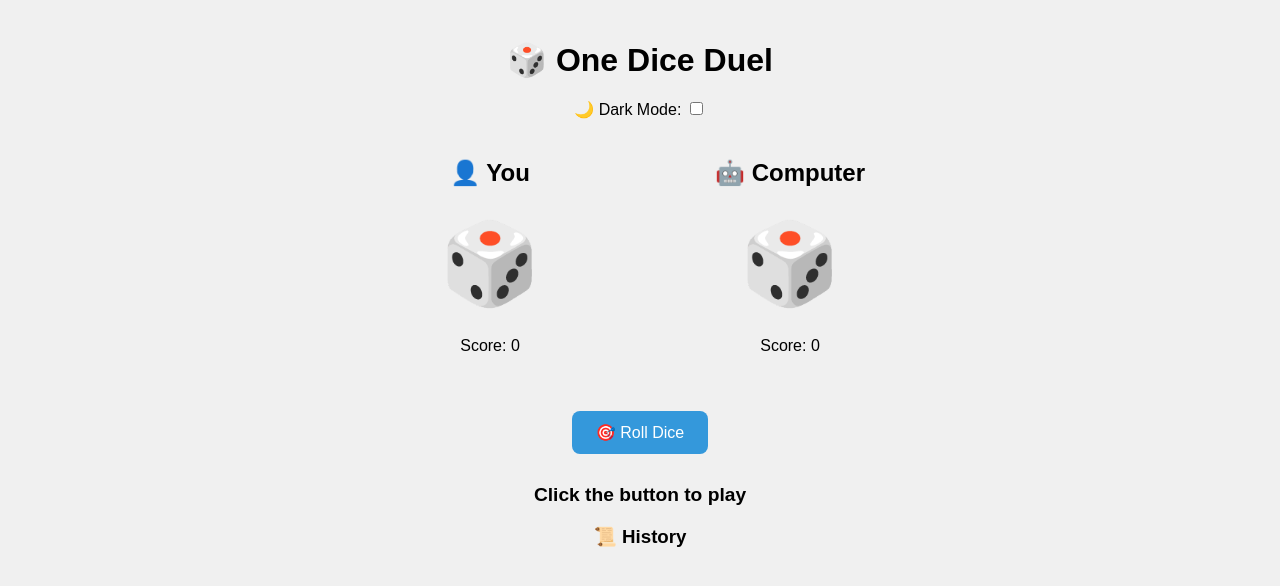
Repository: alokanand524/anand-portfolio
Page: games/dice-game/index.html
The author's editor kept a copy of each file at every save. The page is drawn from the files as they stood at one save, then again after the next save.
The browser window is 1280 px wide. The pictures show the whole page.

Above is the page before, as saved 2025-07-31 15:08:23.

After the next save:
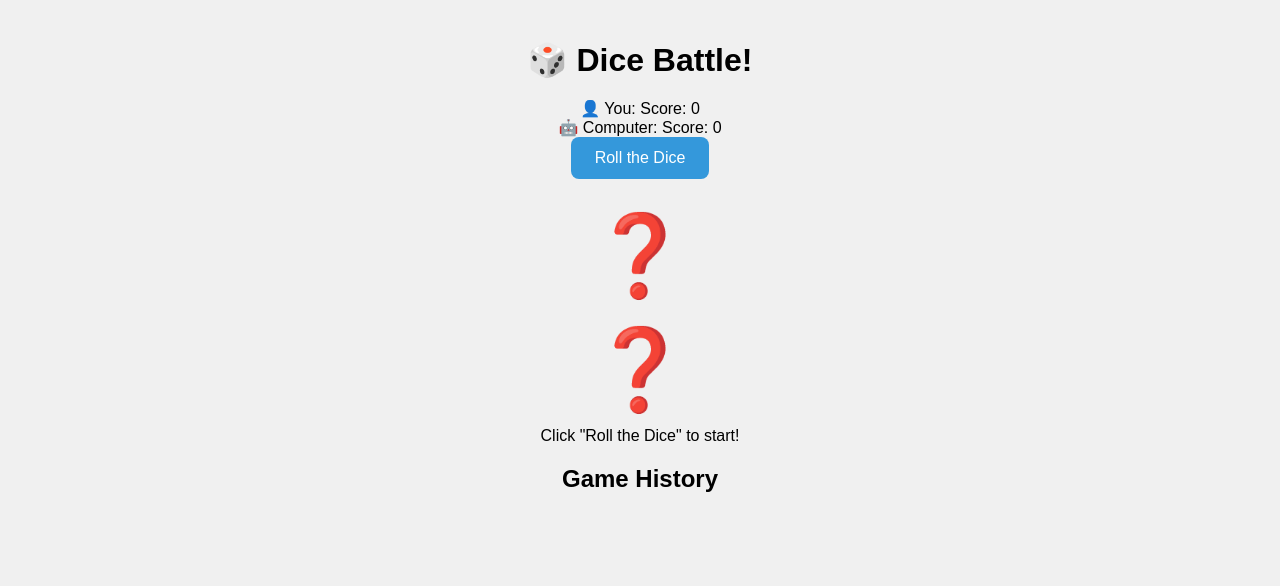
Saved 76 s later.
--- a/games/dice-game/index.html
+++ b/games/dice-game/index.html
@@ -1,45 +1,33 @@
 <!DOCTYPE html>
 <html lang="en">
 <head>
-  <meta charset="UTF-8" />
-  <meta name="viewport" content="width=device-width, initial-scale=1.0"/>
-  <title>🎲 Dice Duel</title>
-  <link rel="stylesheet" href="style.css" />
-  <script src="https://code.jquery.com/jquery-3.6.0.min.js"></script>
+  <meta charset="UTF-8">
+  <title>Emoji Dice Game</title>
+  <link rel="stylesheet" href="style.css">
 </head>
 <body>
   <div class="game-container">
-    <h1>🎲 One Dice Duel</h1>
+    <h1>🎲 Dice Battle!</h1>
 
-    <label class="dark-toggle">
-      🌙 Dark Mode:
-      <input type="checkbox" id="dark-mode-toggle" />
-    </label>
-
-    <div class="dice-section">
-      <div class="player">
-        <h2>👤 You</h2>
-        <div class="dice" id="player-dice">🎲</div>
-        <p id="player-score">Score: 0</p>
-      </div>
-      <div class="computer">
-        <h2>🤖 Computer</h2>
-        <div class="dice" id="computer-dice">🎲</div>
-        <p id="computer-score">Score: 0</p>
-      </div>
+    <div class="score-board">
+      <div>👤 You: <span id="player-score">0</span></div>
+      <div>🤖 Computer: <span id="computer-score">0</span></div>
     </div>
 
-    <button id="roll-btn">🎯 Roll Dice</button>
-    <div id="result">Click the button to play</div>
+    <button id="roll-btn">Roll the Dice</button>
 
-    <h3>📜 History</h3>
+    <div class="dice-area">
+      <div class="dice" id="player-dice">❓</div>
+      <div class="dice" id="computer-dice">❓</div>
+    </div>
+
+    <div class="result-text" id="result-text">Click "Roll the Dice" to start!</div>
+
+    <h2>Game History</h2>
     <ul id="history-log"></ul>
   </div>
 
-  <audio id="roll-sound" src="https://assets.mixkit.co/sfx/preview/mixkit-dice-roll-1053.mp3"></audio>
-  <audio id="win-sound" src="https://assets.mixkit.co/sfx/preview/mixkit-game-win-2016.mp3"></audio>
-  <audio id="lose-sound" src="https://assets.mixkit.co/sfx/preview/mixkit-losing-piano-2024.mp3"></audio>
-
+  <script src="https://code.jquery.com/jquery-3.7.1.min.js"></script>
   <script src="script.js"></script>
 </body>
 </html>
